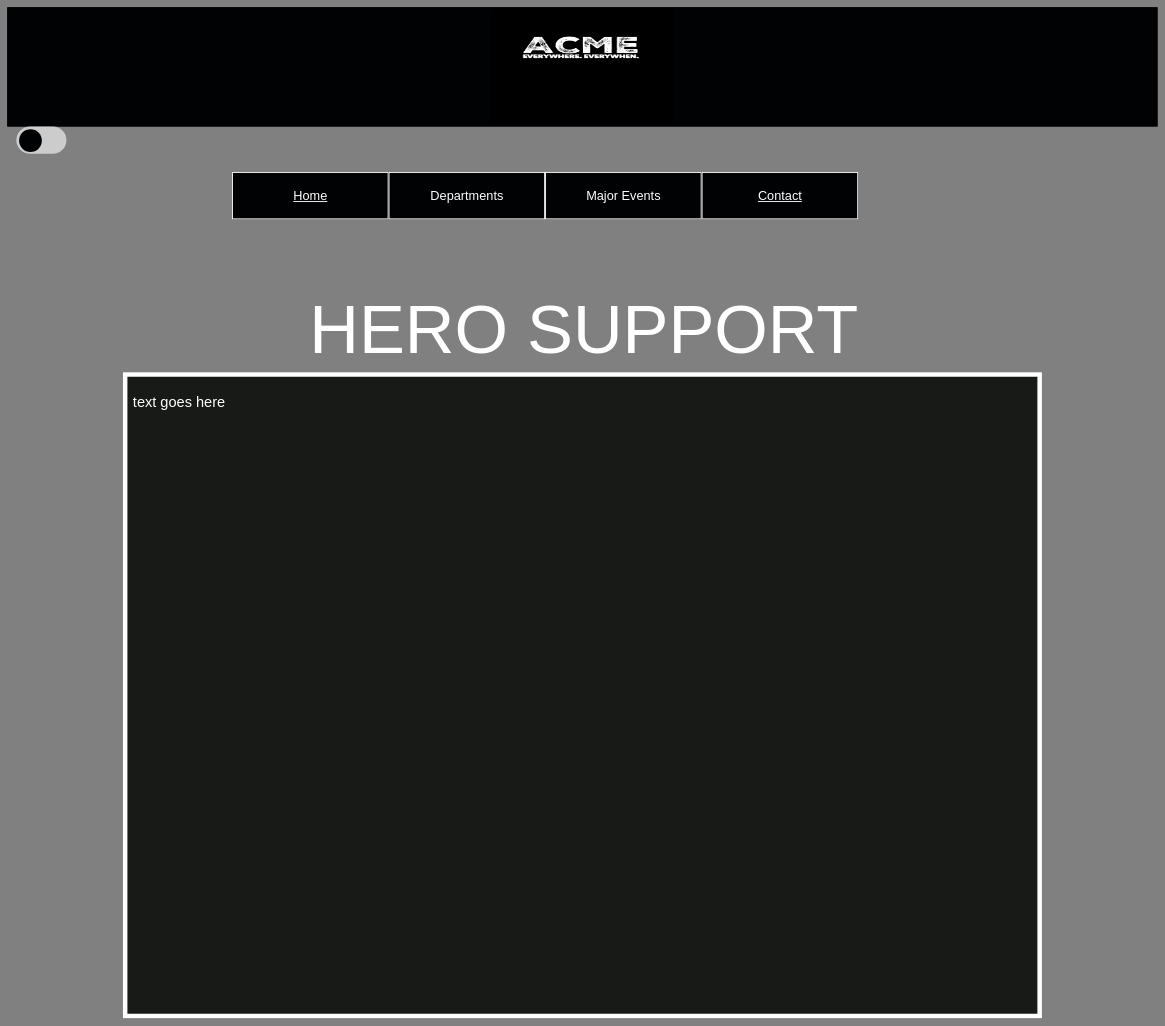
Repository: omega7379/omega7379.github.io
Page: antiheroSupport.html
The author's editor kept a copy of each file at every save. The page is drawn from the files as they stood at one save, then again after the next save.
The browser window is 1280 px wide. The pictures show the whole page, at 91% of full size.

Above is the page before, as saved 2022-06-21 22:20:38.

### antiheroSupport.html
<!--created by Josip Bailey
Created 250122, Last Update 210622-->
<!DOCTYPE html>
<html lang="en">
    <body class="background">
        <header>
            <head>
                <!--meta data-->
                <meta charset="UTF-8">
                <meta http-equiv="X-UA-Compatible" content="IE=edge">
                <meta name="viewport" content="width=device-width, initial-scale=1.0">

                <!--tab title-->
                <title>ACME TIKTOK</title>
                <link rel="icon" href="acmeanvil.png">

                <!--import css-->
                <link id = "theme" rel="stylesheet" type="text/css" href="acmeStyleGuideDark.css">

            </head>

            <div class="top">
                <img src="acmelogo.png" alt="Homescreen Logo" width="200" height="125">
            </div>

        </header>
        <!--main scetion-->
        <main>
            <!--create toggle button to adjust switch colour-scheme-->
            <span class="toggle">
                <label class="switch" onclick="toggleTheme()">
                    <input type="checkbox">
                    <span class="slider"></span>
                </label>
            </span>

            <!--dropdown menu-->
            <div class="wrapper">
                <ul>
                    <li><a href="home.html">Home</a></li>
                    <li>Departments
                        <ul>
                            <li>Support
                                <ul>
                                    <li><a href="villianSupport.html">Villian Support</a></li>
                                    <li><a href="heroSupport.html">Hero Support</a></li>
                                    <li><a href="sidekickSupport.html">Sidekick Support</a></li>
                                    <li><a href="antiheroSupport.html">Antihero Support</a></li>
                                    <li><a href="memberSolutions.html">Member Solutions</a></li>
                                    <li><a href="itSupport.html">IT Support</a></li>
                                </ul>
                            </li>
                            <li>Corporate
                                <ul>
                                    <li><a href="corporate.html">Corporate</a></li>
                                    <li><a href="legal.html">Legal</a></li>
                                    <li><a href="collections.html">Collections</a></li>
                                    <li><a href="buildCrew.html">Build Crew</a></li>
                                    <li><a href="marketing.html">Marketing</a></li>
                                    <li><a href="communications.html">Communications</li>
                                    <li><a href="letters.html">Letters</a></li>
                                    <li><a href="humanResources.html">Human Resources</a></li>
                                    <li><a href="transportation.html">Transportation</a></li>
                                    <li><a href="publicRelations.html">Public Relations</a></li>
                                    <li><a href="evidenceDisposal.html">Evidence Disposal</a></li>
                                </ul>
                            </li>
                        </ul>
                    </li>
                    <li>Major Events
                        <ul>
                            <li><a href="borg.html">Borg Attack</a></li>
                            <li><a href="ork.html">Ork Invasion</a></li>
                            <li><a href="councilWar.html">Council War</a></li>
                            <li><a href="timeKeepers.html">Time Keepers</a></li>
                            <li><a href="TerryEscape.html">Terry's Escape</a></li>
                            <li><a href="hacked.html">The Hacker</a></li>
                        </ul>
                    </li>
                    <li><a href="contact.html">Contact</a></li>
                </ul>
            </div>
        </br></br></br>
            <div class="title">
                <p>HERO SUPPORT</p>
            </div>
            <!--main table holding the contents of the page-->
            <div class="contentTable">
                <table>
                    <tr><td>
                        <!--contents of page go here-->
                        <p>
                            text goes here
                        </p>
                    </tr></td>
                </table>
            </div>
        </main>
        <script type="text/javascript" src="acmejs.js"></script>
    </body>
</html>

### acmeStyleGuideDark.css
/*CSS webpage dark mode ACME, created by Josip Bailey
created 170122, last update 170622*/

/*header styling applying black to expand image without stretching*/
div.top {
    border: 1px solid #010203;
    background-color: #010203;
    text-align: center;
    align-content: center;
}
.title{
    font-size: 2cm;
    margin: auto;
    text-align: center;
    align-content: center;
}

/*start of the toggle button might delete*/
div.toggle{
    position: absolute;
    top: 50%;
    left:50%;
    transform: translate(-50%,-50%);
    text-align: left;
}
.switch{
    position: relative;
    display: inline-block;
    width: 55px;
    height: 30px;
    margin: 0 10px;

}
.slider{
    position: absolute;
    cursor: pointer;
    top: 0;
    left: 0;
    right: 0;
    bottom: 0;
    background-color: #ccc;
    transition: 0.4s;
    border-radius: 18px;
}
.switch input {display: none;}
.slider:before{
    position: absolute;
    content:"";
    height: 25px;
    width: 25px;
    left: 2.5px;
    bottom: 2.5px;
    background-color: #010203;
    transition: 0.4s;
    border-radius: 25px;
}
input:checked + .slider{
    background-color: #ccc;
}

input:checked + .slider:before{
    transform: translateX(25px);
}
/*end of button styling*/

/*background*/
.background{
    background-color: grey;
}

/*adjust text*/
p{
    margin-bottom: 4px;
    margin-left: 3px;
    font-family: Arial, Helvetica, sans-serif;
    color: white;
}
.chapter{
    margin-bottom: 8px;
    font-family: Arial, Helvetica, sans-serif;
    color: white;
    font-size: 1cm;
    text-align: center;
}

/*contentTable styling*/
.contentTable{
    border: 5px solid white;
    background-color: #181A18;
    max-width: 1000px;
    margin: auto;
    height: 700px;
    overflow: scroll;
}
.contentTablePDF{
    border: 5px solid white;
    /*background-color: #181A18;*/
    max-width: 1000px;
    margin: auto;
    height: 700px;
}
::-webkit-scrollbar{
    width: 12px;
    height: 12px;
}
::-webkit-scrollbar-thumb {
    background: white;
    border-radius: 10px;
}
::-webkit-scrollbar-thumb:hover {
    background: crimson;
}

/*drop down menu*/
.wrapper{
    width: 850px;
    margin: auto;
}
.wrapper ul{
    list-style: none;
    margin-top: 5px;
}
.wrapper ul li{
    background: #010203;
    width: 170px;
    border: 1px solid white;
    height: 50px;
    line-height: 50px;
    text-align: center;
    float: left;
    color: white;
    font-size: 14px;
    position: relative;
    font-family: Arial, Helvetica, sans-serif;
}
.wrapper ul ul{
    display: none;
}
.wrapper ul li:hover{
    background: crimson;
}
/*not broken, just a FEATURE*/
.wrapper ul li:hover > ul{/*messing with padding here to increase mouse accuracy and drop alignment*/
    display: block;
    margin: 0 0 -10em -2em;
    padding: 0 0 -2em 2em;
    z-index: 1;
    position: relative;
}
.wrapper ul ul ul{
    margin-left: 136px;
    top: 0;
    position: absolute;
}
/*adjust hyperlink colours*/
a:link{
    color: white;
}
a:visited{
    color: white;
}
a:hover{
    color: black;
}

### acmejs.js
/*enable switch for css pages-->*/
function toggleTheme(){
    var theme = document.getElementsByTagName('link')[0];
    if (theme.getAttribute('href') == 'acmeStyleGuideDark.css'){
        theme.setAttribute('href', 'acmeStyleGuideLight.css');
    }
    else {
        theme.setAttribute('href', 'acmeStyleGuideDark.css');
    }
}

After the next save:
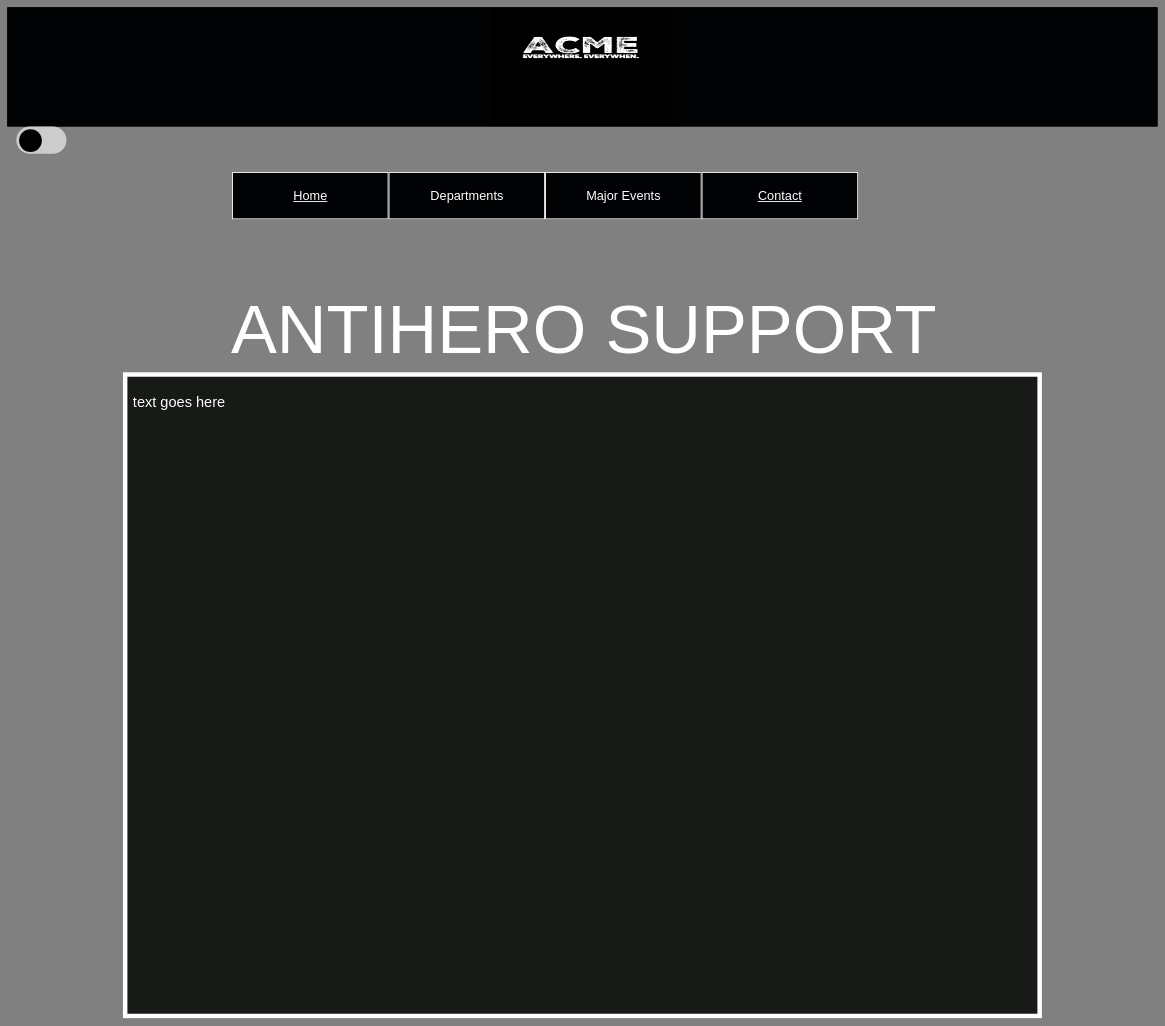
Saved 52 s later.
--- a/antiheroSupport.html
+++ b/antiheroSupport.html
@@ -82,7 +82,7 @@
             </div>
         </br></br></br>
             <div class="title">
-                <p>HERO SUPPORT</p>
+                <p>ANTIHERO SUPPORT</p>
             </div>
             <!--main table holding the contents of the page-->
             <div class="contentTable">
